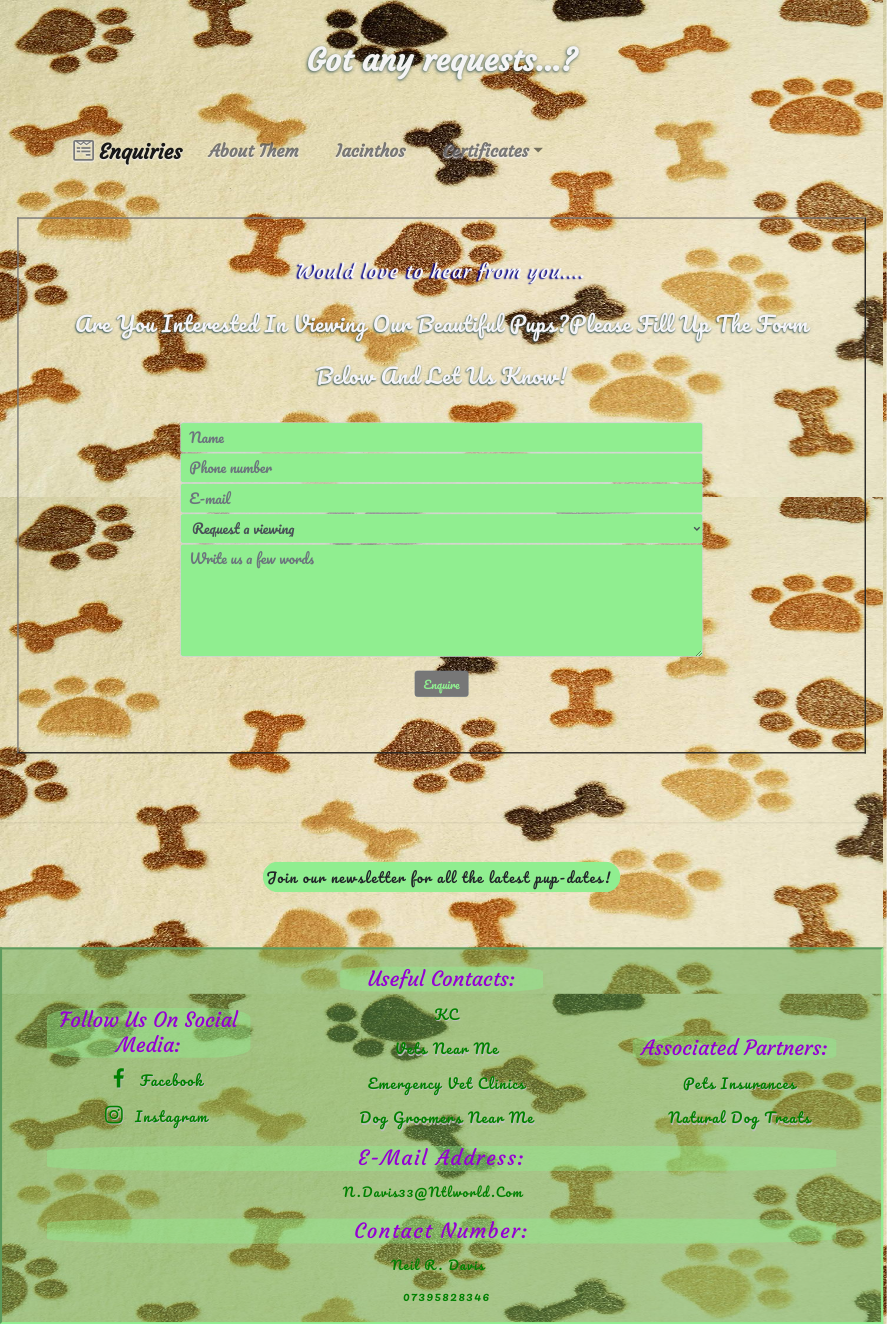
Repository: Code-Institute-Submissions/GeorgiosSklav-Iacinthos-blog
Page: request-form.html
The author's editor kept a record of every edit. The page is drawn from the files as they stood at one moment, then again after the next edit.
The browser window is 1280 px wide. The page is 1285 px wide, so the pictures cover 1285 px, including what lies to the right of the window. The pictures show the whole page, at 69% of full size.
Backgrounds fixed to the window are drawn as part of the page.

Above is the page before.

### request-form.html
<!DOCTYPE html>
<html lang="en">

<head>
    <meta charset="UTF-8">
    <meta name="viewport" content="width=device-width, initial-scale=1.0">
    <meta http-equiv="X-UA-Compatible" content="ie=edge">
    <link rel="stylesheet" href="https://stackpath.bootstrapcdn.com/bootstrap/4.3.1/css/bootstrap.min.css " integrity="sha384-ggOyR0iXCbMQv3Xipma34MD+dH/1fQ784/j6cY/iJTQUOhcWr7x9JvoRxT2MZw1T " crossorigin="anonymous">
    <title>Iacinthos mini Poodles</title>
    <link rel="stylesheet" href="https://stackpath.bootstrapcdn.com/font-awesome/4.7.0/css/font-awesome.min.css" integrity="sha384-wvfXpqpZZVQGK6TAh5PVlGOfQNHSoD2xbE+QkPxCAFlNEevoEH3Sl0sibVcOQVnN" crossorigin="anonymous">
    <link rel="stylesheet" href="style.css" type="text/css" />
</head>

<body>

    <!--Header-->

    <header class="container">
        <div class="row align-items-start homepage">
            <a href="request-form.html" class="col-12 logo">
                <h1>Got any requests...?</h1>
            </a>
        </div>
        <nav class="navbar navbar-light navbar-expand-sm">
            <a href="request-form.html" class="navbar-brand" disabled><i class="fa fa-wpforms"></i>Enquiries</a>
            <button class="navbar-toggler ml-auto" type="button" data-toggle="collapse" data-target="#navbarNavDropdown" aria-controls="navbarNavDropdown">
            <span class="navbar-toggler-icon"></span></button>
            <div class="collapse navbar-collapse" id="navbarNavDropdown">
                <ul class="navbar-nav mt-auto mt-2 mt-lg-0">
                    <li class="nav-item item2 mr-2"><a class="nav-link" href="about-them.html">About Them</a></li>
                    <li class="nav-item mr-2"><a class="nav-link" href="index.html">Iacinthos</a></li>
                    <li class="nav-item dropdown">
                        <div class="nav-link dropdown-toggle" id="navbarDropdownMenuLink" role="button" data-toggle="dropdown" aria-haspopup="true" aria-expanded="false">
                            Certificates</div>
                        <div class="dropdown-menu" aria-labelledby="navbarDropdownMenuLink">
                            <a class="dropdown-item" target="_blank" href="./Media/certificate.pdf"><i class="fa fa-download"></i>Kennel Club</a>
                            <a class="dropdown-item" target="_blank" href="./Media/lineage1.pdf"><i class="fa fa-download"></i>Blood-Lineage</a>
                        </div>
                    </li>
                </ul>
            </div>
        </nav>
    </header>

    <!--main-body-->

    <main>
        <div class="jumbotron-fluid about" id="frame">
            <section class="container-fluid">
                <div class="row about">
                    <div class="col">
                        <h3 class="about-title contact-heading text-center">Would love to hear from you....</h3>
                        <p class="contact capitalise">Are you interested in viewing our beautiful pups?Please fill up the form below and let us know!</p>
                        <div class="center-form">
                            <form>
                                <input type="text" name="name" id="fullname" class="form-control" placeholder="Name" required/>
                                <input type="text" name="number" id="number" class="form-control" placeholder="Phone number" required/>
                                <input type="email" name="email" id="emailaddress" class="form-control" placeholder="E-mail" required/>
                                <select class="form-control control">
                                    <option>Request a viewing</option>
                                    <option>Litter enquiries</option>
                                    <option>Other</option>
                                    </select>
                                <textarea rows="5" name="projectsummary" id="projectsummary" class="form-control" placeholder="Write us a few words" required></textarea>
                                <div class="form-row text-center">
                                    <div class="col">
                                        <button type="submit" class="btn btn-secondary">Enquire</button>
                                    </div>
                                </div>
                            </form>
                        </div>
                    </div>
                </div>
            </section>
        </div>
        <hr>

        <!--Modal-->

        <button type="button" class="btn btn-color" data-toggle="modal" data-target="#exampleModal">
  Join our newsletter for all the latest pup-dates!
</button>
        <div class="modal fade" id="exampleModal" tabindex="-1" role="dialog" aria-labelledby="exampleModalLabel" aria-hidden="true">
            <div class="modal-dialog" role="document">
                <div class="modal-content">
                    <div class="modal-header">
                        <h5 class="modal-title" id="exampleModalLabel">Join our family with a flick of your paw!</h5>
                        <button type="button" class="close" data-dismiss="modal" aria-label="Close">
                     <span aria-hidden="true">&times;</span>
        </button>
                    </div>
                    <div class="modal-body">
                        <form class="modal-newsletter">
                            <div class="form-group ">
                                <input type="email" class="form-control" id="InputEmail2" aria-describedby="InputEmail2" placeholder="Your Woof-mail....">
                            </div>
                            <div class="form-group">
                                <input type="password" class="form-control" id="InputPassword2" placeholder="....and a Woof-password">
                            </div>
                            <div class="form-group form-check">
                                <input type="checkbox" class="form-check-input" id="Check1">
                                <label class="form-check-label" for="Check1">Remember me</label>
                            </div>
                        </form>
                    </div>
                    <div class="modal-footer">
                        <button type="button" class="btn btn-danger" data-dismiss="modal">Close</button>
                        <button type="button" class="btn btn-info">Subscribe</button>
                    </div>
                </div>
            </div>
        </div>
    </main>

    <!--footer-->

    <footer class="container-fluid footer">
        <div class="row align-items-end">
            <div class="col-12 col-md-3 col-lg-3">
                <h4 class="social-title capitalise">Follow us on social media:</h4>
                <ul class="social-links">
                    <li>
                        <a target="_blank" href="https://www.facebook.com/neil.davis.9862">
                            <i class="fa fa-facebook"></i>
                            <span>Facebook</span>
                        </a>
                    </li>
                    <li>
                        <a target="_blank" href="https://instagram.com/neilr.davis?igshid=wmi0mqp5d2se">
                            <i class="fa fa-instagram"></i>
                            <span>Instagram</span>
                        </a>
                    </li>
                </ul>
            </div>
            <div class="col-12 col-md-3 col-lg-3">
                <h4 class="social-title capitalise">Useful contacts:</h4>
                <ul class="social-links">
                    <li>
                        <a target="_blank" href="https://www.thekennelclub.org.uk/">
                            <span class="capitalise">KC</span>
                        </a>
                    </li>
                    <li>
                        <a target="_blank" href="https://www.google.com/search?q=vet+near+me&oq=vet+near&aqs=chrome.0.0j69i57j0l4.4119j0j7&sourceid=chrome&ie=UTF-8">
                            <span class="capitalise">Vets near me</span>
                        </a>
                    </li>
                    <li>
                        <a target="_blank" href="https://www.google.com/search?q=emergency+vet+clinic+near+me&oq=emergency+vet&aqs=chrome.4.69i57j0l5.15430j0j7&sourceid=chrome&ie=UTF-8">
                            <span class="capitalise">Emergency vet clinics</span>
                        </a>
                    </li>
                    <li>
                        <a target="_blank" href="https://www.google.com/search?q=dog+groomer+near+me&oq=dog+groomer&aqs=chrome.1.69i57j0l5.4790j0j7&sourceid=chrome&ie=UTF-8">
                            <span class="capitalise">Dog groomers near me</span>
                        </a>
                    </li>
                </ul>
            </div>
            <div class="col-12 col-md-3 col-lg-3">
                <h4 class="social-title capitalise">Associated partners:</h4>
                <ul class="social-links">
                    <li>
                        <a target="_blank" href="https://www.google.com/search?q=pet+insurance+near+me&oq=pet+ins&aqs=chrome.2.0j69i57j0l4.6094j0j7&sourceid=chrome&ie=UTF-8">
                            <span class="capitalise">pets insurances</span>
                        </a>
                    </li>
                    <li>
                        <a target="_blank" href="https://www.doglistener.co.uk/catalog/natural-dog-treats-0">
                            <span class="capitalise">natural dog treats</span>
                        </a>
                    </li>
                </ul>
            </div>
            <div class="col-12 col-md-3 col-lg-3 contacts">
                <h4 class="social-title capitalise">e-mail address:</h4>
                <p class="capitalise social-links">
                    n.davis33@ntlworld.com
                </p>
                <h4 class="social-title capitalise">Contact number:</h4>
                <ul class="social-links">
                    <li class="social-links capitalise">
                        neil r. davis
                    </li>
                    <li class="capitalise">
                        07395828346
                    </li>
                </ul>
            </div>
        </div>
    </footer>

    <script src="https://code.jquery.com/jquery-3.3.1.slim.min.js" integrity="sha384-q8i/X+965DzO0rT7abK41JStQIAqVgRVzpbzo5smXKp4YfRvH+8abtTE1Pi6jizo" crossorigin="anonymous"></script>
    <script src="https://cdnjs.cloudflare.com/ajax/libs/popper.js/1.14.7/umd/popper.min.js" integrity="sha384-UO2eT0CpHqdSJQ6hJty5KVphtPhzWj9WO1clHTMGa3JDZwrnQq4sF86dIHNDz0W1" crossorigin="anonymous"></script>
    <script src="https://stackpath.bootstrapcdn.com/bootstrap/4.3.1/js/bootstrap.min.js" integrity="sha384-JjSmVgyd0p3pXB1rRibZUAYoIIy6OrQ6VrjIEaFf/nJGzIxFDsf4x0xIM+B07jRM" crossorigin="anonymous"></script>
</body>

</html>

### style.css
@import url('https://fonts.googleapis.com/css?family=Courgette:100,200,300,400,500,600,700|Pacifico:100,200,300,400,500,600,700');

/*------------------------------------------------body background*/

body {
    background-image: url("./Media/footprints.jpg");
    background-size: 100%;
    background-attachment: fixed;
    line-height: 2.5;
    text-align: center;
}

h1 {
    font-family: "Courgette", sans-serif;
    font-weight: 700;
    font-size: 45px;
    color: #f4f4f4;
    text-shadow: -1px 2px 5px #2f4f4f;
    margin-top: 35px;
    margin-bottom: 5px;
    padding-top: 25px;
}

.heading {
    margin: 25px;
}

.capitalise {
    text-transform: capitalize;
}

/*------------------------------------------------Navbar*/

.navbar {
    word-wrap: normal;
    margin-top: 50px;
    margin-bottom: 25px;
}

.navbar-light {
    font-family: 'Courgette', sans-serif;
    font-weight: 600;
    font-size: 25px;
    color: #00008b;
    text-shadow: 0px 2px 3px #f8f8ff;

}

.nav-link {
    margin-right: 15px;
    margin-left: 15px;
}

.nav-link:hover {
    background-color: #90ee90;
    border-radius: 50%;
}

.dropdown-menu {
    background-color: #90ee90;
    font-weight: 600;
    font-size: 20px;
    border-radius: 10%;
    margin: 0;
    padding: 2px;
}

.dropdown-menu ul li:hover {
    background-color: #777;
}

.ml-auto {
    background-color: #90ee90;
}

.navbar i {
    font-size: 35px;
    padding-top: 0;
    padding-bottom: 5px;
    padding-right: 2px;
    margin: 5px;
    color: #777;
}

.navbar-brand {
    font-size: 30px;

}

.navbar-brand:hover {
    background-color: #90ee90;
    border-radius: 50%;
}

.fa-download {
    margin-right: 2px;
    margin-left: 2px;
}

.fa-download:hover {
    color: #90ee90;
}

/*------------------------------------------Media queries*/

@media (max-width: 300px) {
    .ml-auto:hover {
        background-color: #777;
    }
    .dropdown-item:hover {
        background-color: #777;

    }
    #navbarNavDropdown {
        background-color: #777;
    }

    #navbarNavDropdown ul li:hover {
        background-color: #90ee90;
    }
    .social-links,
    .social-title {
        font-size: 30px;
    }
}

@media (max-width: 3800px) {
    .dropdown-menu {
        background-color: #90ee90;
        color: #777;
    }
    .dropdown-item:hover {
        background-color: #777;
        color: #90ee90;
    }

    .col-lg-3 {
        flex: 30%;
        max-width: 100%;
    }
}

/*------------------------------------------------Homepage*/

.homepage a {
    text-decoration: none;
    height: 100%;
}

.introduction {
    height: 90%;
    width: 90%;
}


.img-50 {
    margin-left: 25px;
    width: 100%;
    float: none;
    border-style: groove;
    border-radius: 50%;
}

/*--------------------------------------------texts,p*/

.container-title {
    text-align: center;
    margin: 35px;
    font-family: "Courgette", sans-serif;
    color: #00ffff;
    text-shadow: -1px 2px 5px #2f4f4f;
}

.container-title i {
    font-size: 30px;
    padding: 15px;
    margin: 15px;
}

.dog-name {
    font-family: "Courgette", sans-serif;
    font-weight: 700;
    font-size: 32px;
    margin-left: 25px;
    text-shadow: -3px 2px 5px #191970;
}

/*----------------------------------------about us section*/

.about {
    margin: 25px;
    font-family: "Pacifico", sans-serif;
    font-size: 30px;
    letter-spacing: 1px;
    color: #f4f4f8;
    text-shadow: -1px 2px 3px #2f4f4f;
}
.about .about-title {
    color: #f8f8ff;
    text-shadow: -3px 2px 2px #00008b;
}

#frame {
    border: 2px outset #777;
    font-size: 25px;
    margin-top: 45px;
    margin-bottom: 100px;
    padding: 10px;
    font-weight: lighter;
}

/*----------------------------------------newsletter button*/

.btn-color {
    background-color: #90ee90;
    font-family: "Pacifico", sans-serif;
    font-size: 20px;
    letter-spacing: 2px;
    margin: 40px 25px;
    padding-left: 4px;
    border-radius: 50px;
}

.btn-color:hover {
    color: #90ee90;
    background-color: #777;
}

/*----------------------------------------Modal styling*/

.modal-title {
    font-family: "Pacifico", sans-serif;
    font-size: 25px;
    margin: 10px 5px;
}

.modal-content {
    background-color: #90ee90;
    text-shadow: -3px 2px 0.5px #ffefd5;
    color: #777;
}

.modal-footer .btn-danger,
.btn-info {
    margin-right: 20px;
}

.modal-body {
    padding: 0 15px 0 15px;
    top: 5px;
    bottom: 0;
    margin-top: 10px;
}


/*----------------------------------------footer*/

.footer {
    display: inline-block;
    border: 3px inset #90ee90;
    background-color: rgba(100, 170, 80, .5);
    padding-top: 25px;
    margin: 40px 5px 0px 0px;
    text-align: center;
}

.contacts .social-title {
    text-transform: capitalize;
    text-decoration: none;
    font-family: "Courgette", sans-serif;
    font-size: 30px;
    font-weight: 400;
    letter-spacing: 2px;
    color: #9400d3;
}

.social-links {
    list-style: none;
    padding-right: 25px;
    font-family: "Pacifico", sans-serif;
    color: #008000;
    font-size: 18px;
    font-weight: 400;
    letter-spacing: 2px;
}

.social-links li a {
    text-decoration: none;
    font-family: "Pacifico", sans-serif;
    font-size: 20px;
    font-weight: 400;
    letter-spacing: 2px;
    color: #008000;
    text-shadow: 1px 2px 1px #c0c0c0;
}

.social-links li a:hover {
    background-color: #777;
    color: #90ee90;
    border-radius: 30%;
}

.social-links li i {
    font-size: 30px;
    height: 45px;
    width: 45px;
}

.social-title {
    word-break: keep-all;
    margin-left: 50px;
    margin-right: 50px;
    font-size: 30px;
    font-family: "Courgette", sans-serif;
    color: #9400d3;
    border-radius: 20%;
    background-color: rgba(144, 238, 144, 0.4);
}

.contact-heading {
    font-family: "Courgette", sans-serif;
    font-weight: 300;
    margin-top: 25px;
    margin-bottom: 20px;
}

.form-control {
    font-size: 20px;
    background-color: #90ee90;
}

.control {
    background-color: #90ee90;
}

.center-form {
    padding: 15px 5px 10px;
    margin: 15px auto;
    max-width: 70%;
}

button[type="submit"] {
    margin-bottom: 20px;
    margin-top: 13px;
    color: #90ee90;
    background-color: #777;
}

button[type="submit"]:hover {
    background-color: #90ee90;
    color: #777;
}

After the next edit:
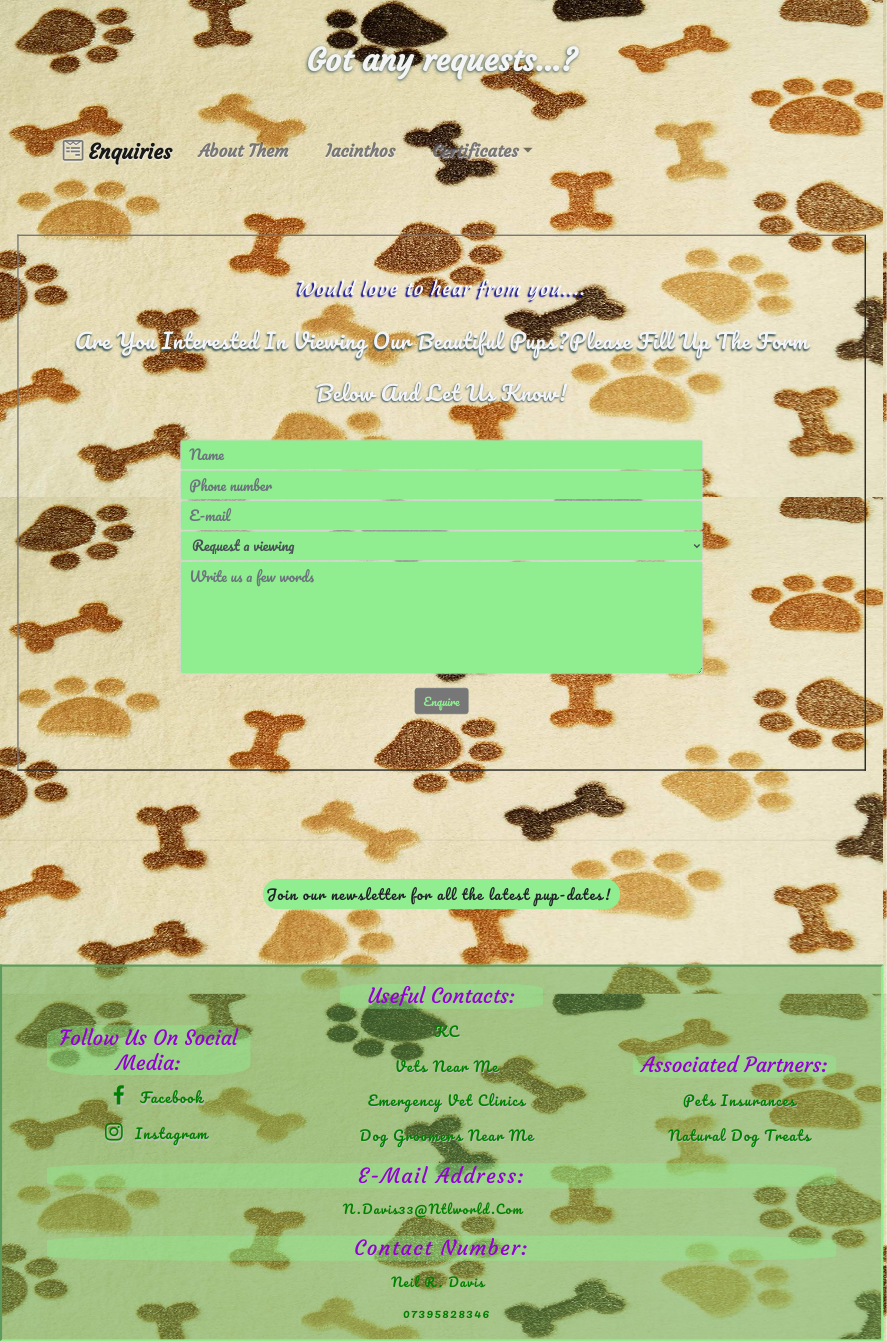
The edit:
--- a/request-form.html
+++ b/request-form.html
@@ -17,7 +17,7 @@
 
     <header class="container">
         <div class="row align-items-start homepage">
-            <a href="request-form.html" class="col-12 logo">
+            <div class="col-12 logo">
                 <h1>Got any requests...?</h1>
             </a>
         </div>

After the edit that followed:
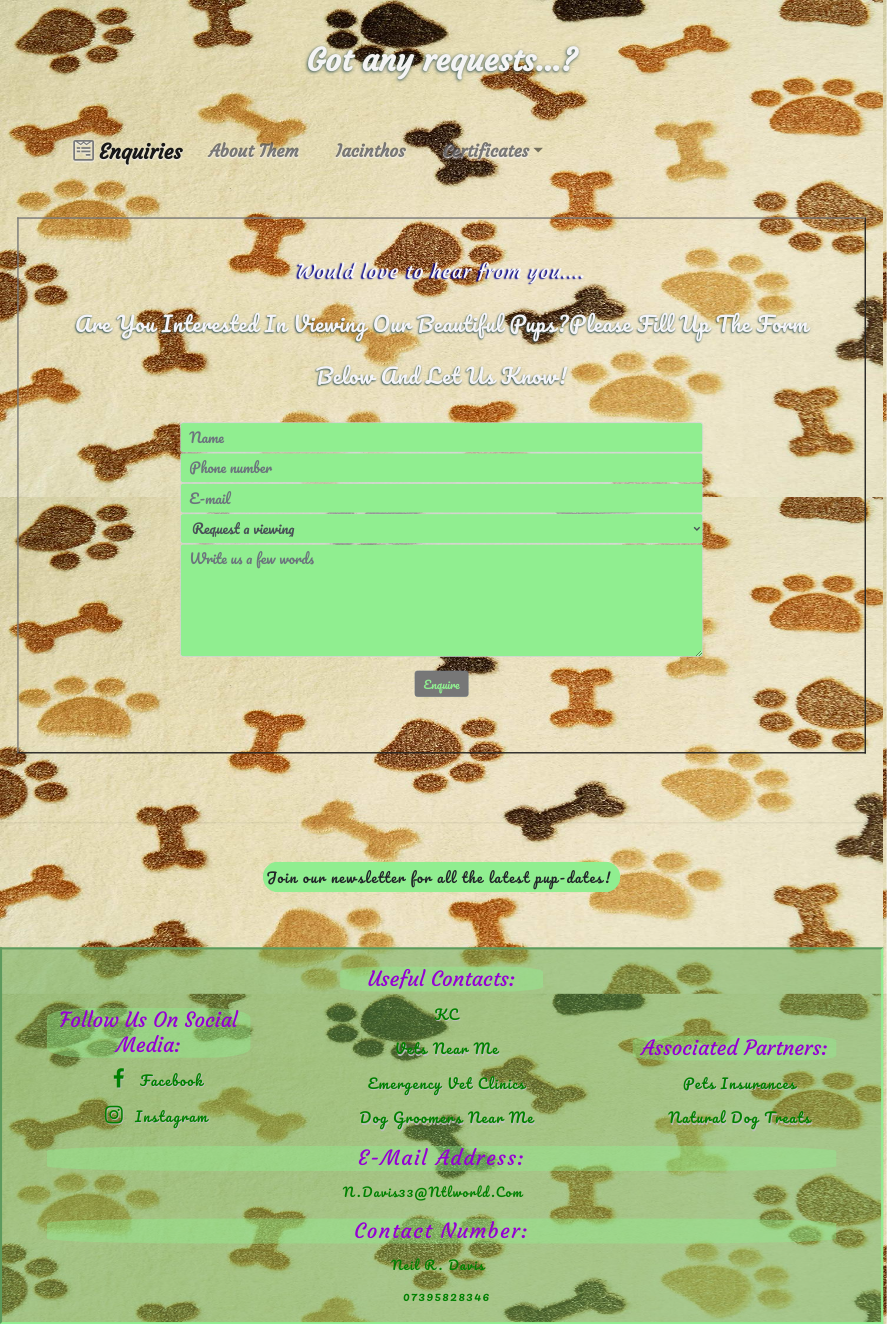
The edit:
--- a/request-form.html
+++ b/request-form.html
@@ -19,7 +19,7 @@
         <div class="row align-items-start homepage">
             <div class="col-12 logo">
                 <h1>Got any requests...?</h1>
-            </a>
+            </div>
         </div>
         <nav class="navbar navbar-light navbar-expand-sm">
             <a href="request-form.html" class="navbar-brand" disabled><i class="fa fa-wpforms"></i>Enquiries</a>
